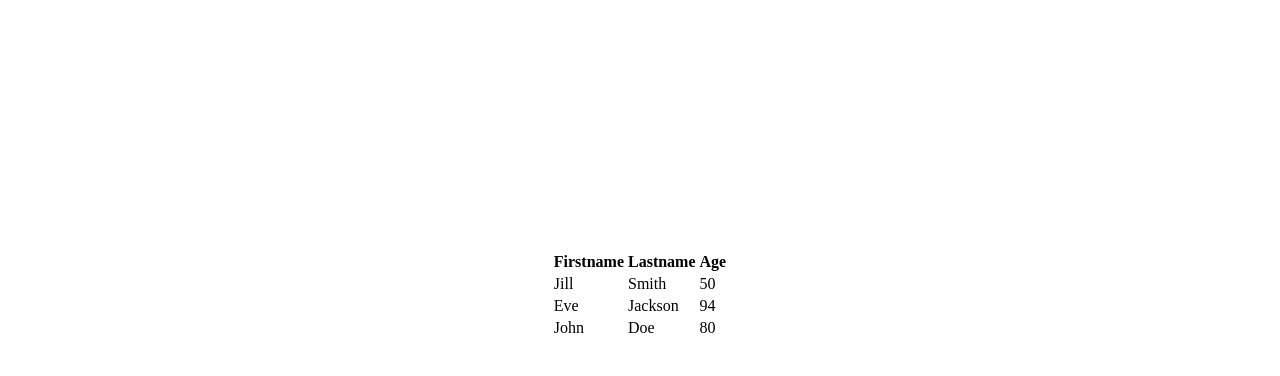
Repository: 72-faisal/work_to_do
Page: http://localhost/Khajina_Doctor/Show_appointment.jsp
These files come from the project's save history. The page is drawn as it stood at one moment and after the next save; the edit follows.
The browser window is 1280 px wide. The pictures show the whole page.
The page is served by Tomcat 9.

Above is the page before, as saved 2023-04-14 19:44:25.

After the next save:
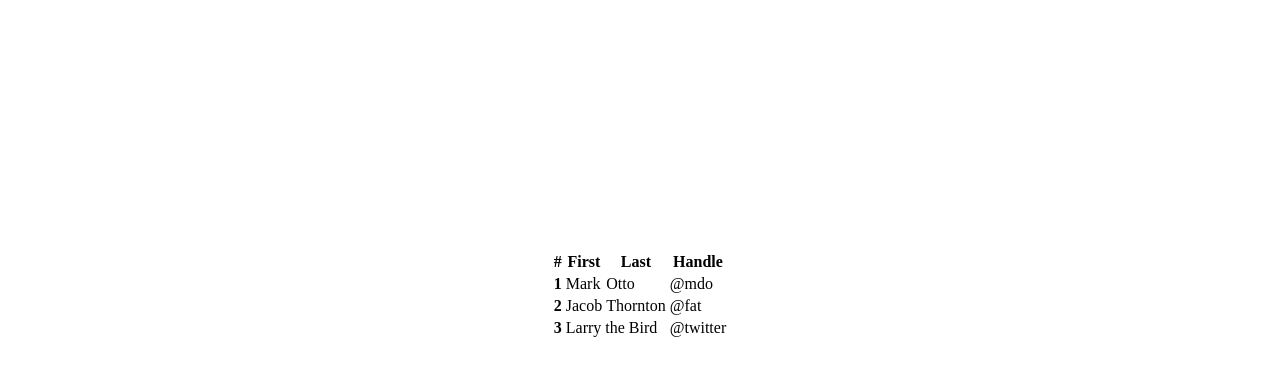
Saved 106 s later.
--- a/Khajina_Doctor/Khajina_Doctor/src/main/webapp/Show_appointment.jsp
+++ b/Khajina_Doctor/Khajina_Doctor/src/main/webapp/Show_appointment.jsp
@@ -14,26 +14,34 @@
 <body>
 
 <table class="center" style="margin: 250px auto;">
-  <tr>
-    <th>Firstname</th>
-    <th>Lastname</th>
-    <th>Age</th>
-  </tr>
-  <tr>
-    <td>Jill</td>
-    <td>Smith</td>
-    <td>50</td>
-  </tr>
-  <tr>
-    <td>Eve</td>
-    <td>Jackson</td>
-    <td>94</td>
-  </tr>
-  <tr>
-    <td>John</td>
-    <td>Doe</td>
-    <td>80</td>
-  </tr>
+  <thead>
+    <tr>
+      <th scope="col">#</th>
+      <th scope="col">First</th>
+      <th scope="col">Last</th>
+      <th scope="col">Handle</th>
+    </tr>
+  </thead>
+  <tbody>
+    <tr>
+      <th scope="row">1</th>
+      <td>Mark</td>
+      <td>Otto</td>
+      <td>@mdo</td>
+    </tr>
+    <tr>
+      <th scope="row">2</th>
+      <td>Jacob</td>
+      <td>Thornton</td>
+      <td>@fat</td>
+    </tr>
+    <tr>
+      <th scope="row">3</th>
+      <td colspan="2">Larry the Bird</td>
+      <td>@twitter</td>
+    </tr>
+  </tbody>
 </table>
+
 </body>
 </html>
